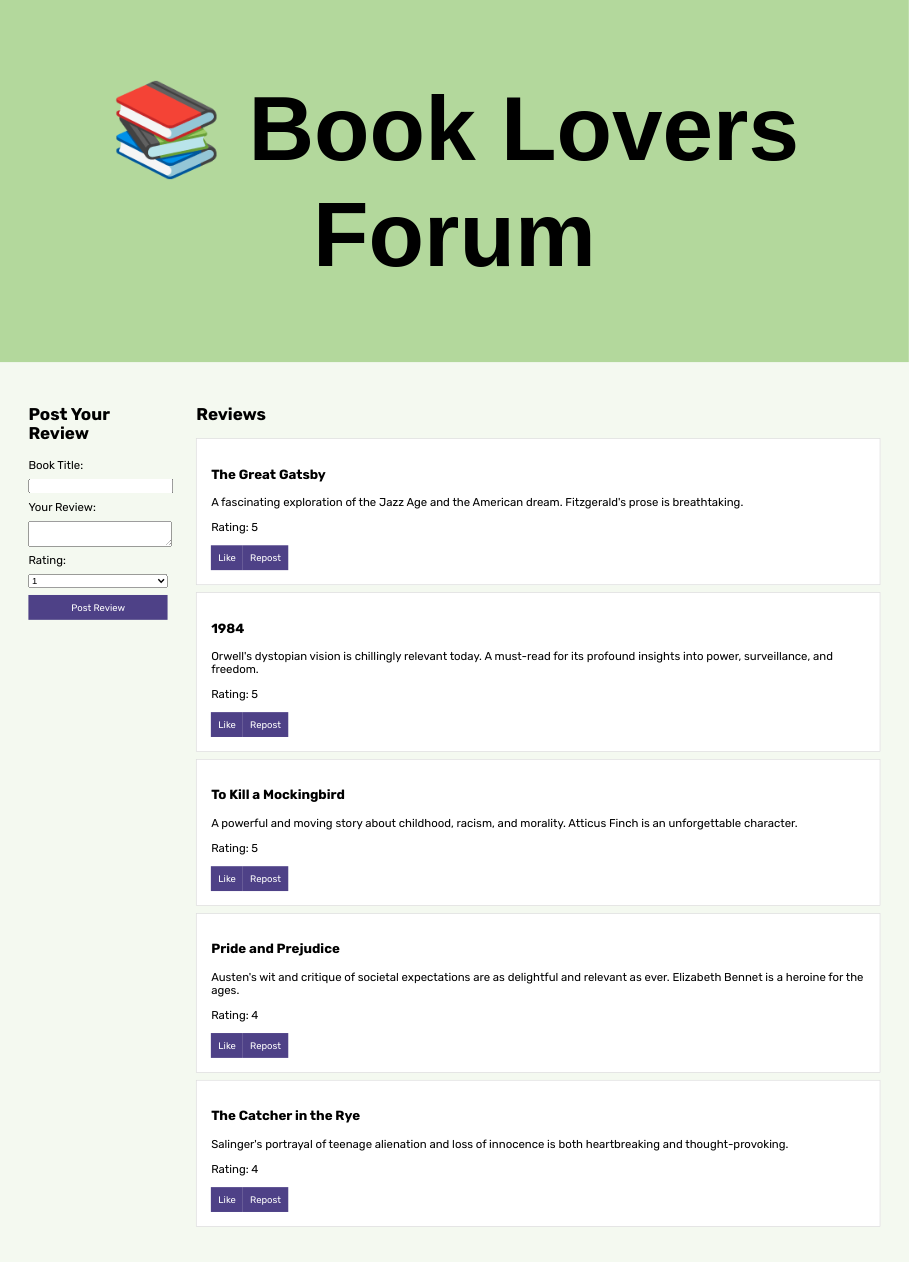
Repository: valentinaarojas/virtual-book-club
Page: index.html
The author's editor kept a copy of each file at every save. The page is drawn from the files as they stood at one save, then again after a run of saves.
The browser window is 1280 px wide. The pictures show the whole page, at 71% of full size.
Some web fonts or font styles are not loaded; a fallback is used.

Above is the page before, as saved 2025-02-12 17:26:52.
Console error: ReferenceError: form is not defined

### index.html
<!DOCTYPE html>
<html lang="en">
<head>
    <title>Book Lovers Forum</title>
    <link rel="stylesheet" href="styles.css">
    <link rel="preconnect" href="https://fonts.googleapis.com">
    <link rel="preconnect" href="https://fonts.gstatic.com" crossorigin>
    <link href="https://fonts.googleapis.com/css2?family=Licorice&display=swap" rel="stylesheet">
    <link href="https://fonts.googleapis.com/css2?family=Licorice&family=Rubik:ital,wght@0,300..900;1,300..900&display=swap" rel="stylesheet">
</head>
<body>
    <header>
        <h1>📚 Book Lovers Forum</h1>
    </header>
    <main>
        <section id="review-form-section">
            <h2>Post Your Review</h2>
            <form id="review-form">
                <label for="book-title">Book Title:</label>
                <input type="text" id="book-title" name="book-title" required>
                <label for="review-text">Your Review:</label>
                <textarea id="review-text" name="review-text" required></textarea>
                <label for="rating">Rating:</label>
                <select id="rating" name="rating">
                    <option value="1">1</option>
                    <option value="2">2</option>
                    <option value="3">3</option>
                    <option value="4">4</option>
                    <option value="5">5</option>
                </select>
                <button type="submit">Post Review</button>
            </form>
        </section>
        <section id="reviews-section">
            <h2>Reviews</h2>
            <div id="reviews-list">
                <!-- Reviews will be dynamically inserted here -->
            </div>
        </section>
    </main>
    <script src="script.js"></script>
</body>
</html>

### styles.css
body {
    font-family: Rubik, sans-serif;
    margin: 0;
    padding: 0;
    background-color: #F4F9F0;
}

header {
    background-color: #B3D89C;
    padding: 20px;
    text-align: center;
}

main {
    padding: 20px;
    display: flex;
}

section {
    margin: 20px;
}

h1 {
    font-family: Licorice, sans-serif;
    font-size: 8em;
}

#reviews-section {
    flex-grow: 2;
}

#review-form-section,
#reviews-section {
    margin-bottom: 20px;
}

#review-form label,
#review-form input,
#review-form textarea,
#review-form select,
#review-form button {
    display: block;
    width: 100%;
    margin-top: 10px;
}

button {
    background-color: #4E4187;
    font-family: Rubik, sans-serif;
    color: white;
    padding: 10px;
    border: none;
    cursor: pointer;
}

button:hover {
    background-color: #C1BADE;
    color: black;
}

button:active {
    background-color: #564e76;
}

#reviews-list {
    margin-top: 20px;
}

.review-item {
    background-color: #fff;
    border: 1px solid #ddd;
    padding: 20px;
    margin-bottom: 10px;
}

.review-item:hover {
    background-color: #f9f9f9;
}

### script.js
function loadReviews() {
    console.log("loadReviews called!");
    fetch('reviews.json')
        .then(response => {
            if (!response.ok) {
                throw new Error('Network response was not ok');
            }
            return response.json();  // Assuming the server sends JSON
        })
        .then(reviews => {
            console.log(reviews); // Log the fetched reviews
            const reviewsList = document.getElementById("reviews-list"); // Get the div to append reviews
            reviews.forEach(review => {
                const reviewElement = createReviewElement(review);
                reviewsList.appendChild(reviewElement); // Append each review to the list
            });
        })
        .catch(error => {
            console.error('There was a problem:', error);
        });
}

function handleReviewSubmit() {
    console.log("handleReviewSubmit");
}

function createReviewElement(review) {
    console.log(review);
    const newDiv = document.createElement('div'); // Create the main review container
    newDiv.classList.add('review-item'); // Add the class 'review-item' (can style now)
    const bookTitle = document.createElement('h3'); // Create and add book title
    bookTitle.textContent = review.title;
    newDiv.append(bookTitle);
    const reviewText = document.createElement('p'); // Create and add review text
    reviewText.textContent = review.reviewText;
    newDiv.append(reviewText);
    const rating = document.createElement('p'); // Create and add rating
    rating.textContent = `Rating: ${review.rating}`;
    newDiv.append(rating);
    const likeButton = document.createElement('button'); // Create and add like button
    likeButton.textContent = "Like";
    likeButton.id = `like-${review.id}`; // Unique ID based on review ID
    likeButton.setAttribute('data-liked', 'false');
    likeButton.addEventListener('click', () => toggleLike(likeButton, review.id));
    newDiv.appendChild(likeButton);
    const repostButton = document.createElement('button'); // Create and add repost button
    repostButton.textContent = "Repost";
    repostButton.id = `repost-${review.id}`; // Unique ID based on review ID
    repostButton.addEventListener('click', () => repostReview(review.id));
    newDiv.appendChild(repostButton);
    return newDiv; // Return the created review element
}

function toggleLike(button, reviewId) {
    console.log('Like button clicked');
}

function repostReview(reviewId) {
    console.log('Repost button clicked');
}

document.addEventListener("DOMContentLoaded", () => {
    console.log("page loaded and ready for actions!");
    loadReviews();
    const reviewForm = document.getElementById("reviews-list");
    form.addEventListener('submit', handleReviewSubmit);
});

### reviews.json
[
	{
		"id": 1,
		"title": "The Great Gatsby",
		"reviewText": "A fascinating exploration of the Jazz Age and the American dream. Fitzgerald's prose is breathtaking.",
		"rating": 5,
		"likes": 12,
		"reposts": 4
	},
	{
		"id": 2,
		"title": "1984",
		"reviewText": "Orwell's dystopian vision is chillingly relevant today. A must-read for its profound insights into power, surveillance, and freedom.",
		"rating": 5,
		"likes": 15,
		"reposts": 5
	},
	{
		"id": 3,
		"title": "To Kill a Mockingbird",
		"reviewText": "A powerful and moving story about childhood, racism, and morality. Atticus Finch is an unforgettable character.",
		"rating": 5,
		"likes": 20,
		"reposts": 8
	},
	{
		"id": 4,
		"title": "Pride and Prejudice",
		"reviewText": "Austen's wit and critique of societal expectations are as delightful and relevant as ever. Elizabeth Bennet is a heroine for the ages.",
		"rating": 4,
		"likes": 18,
		"reposts": 7
	},
	{
		"id": 5,
		"title": "The Catcher in the Rye",
		"reviewText": "Salinger's portrayal of teenage alienation and loss of innocence is both heartbreaking and thought-provoking.",
		"rating": 4,
		"likes": 10,
		"reposts": 3
	}
]

After the next 2 saves:
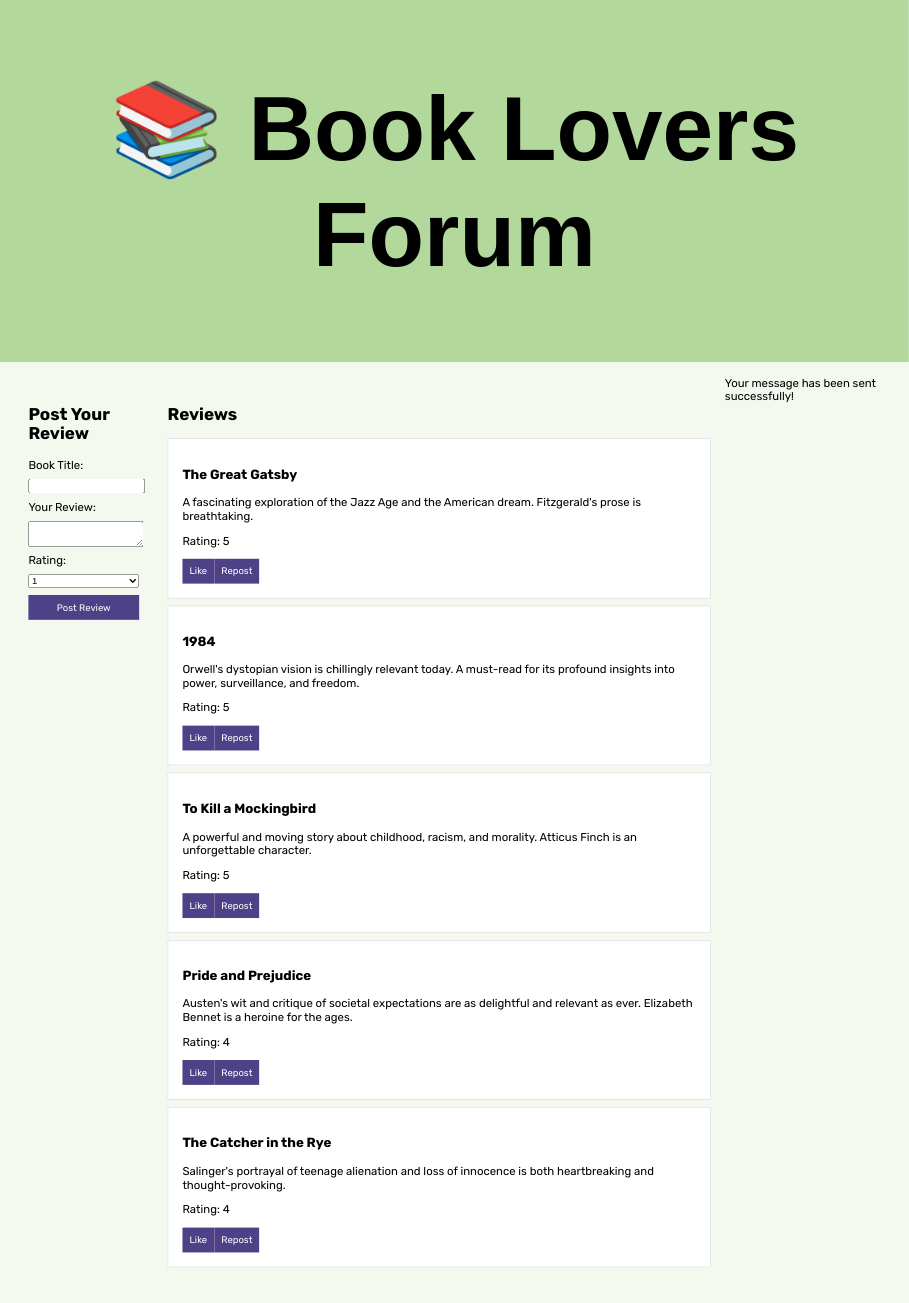
The 2 saves are shown as one change because they came seconds apart.
The last was saved 41 s later.
--- a/index.html
+++ b/index.html
@@ -37,6 +37,7 @@
                 <!-- Reviews will be dynamically inserted here -->
             </div>
         </section>
+        <div class="alert success">Your message has been sent successfully!</div>
     </main>
     <script src="script.js"></script>
 </body>
